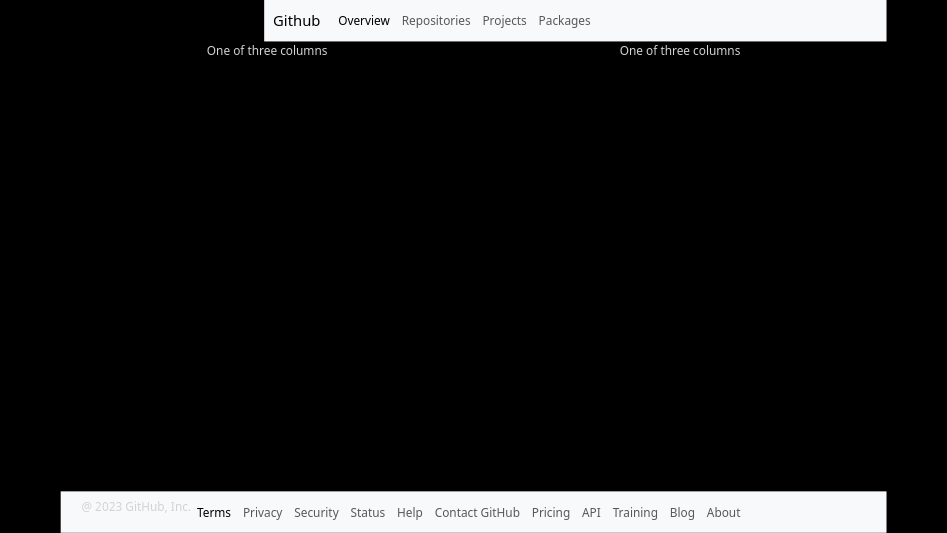
Repository: nss-evening-cohort-E23/gitsub-pull-request-posse
Page: packages.html
The author's editor kept a copy of each file at every save. The page is drawn from the files as they stood at one save, then again after the next save.
The browser window is 1280 px wide. The pictures show the whole page, at 74% of full size.

Above is the page before, as saved 2023-05-09 17:24:09.

After the next save:
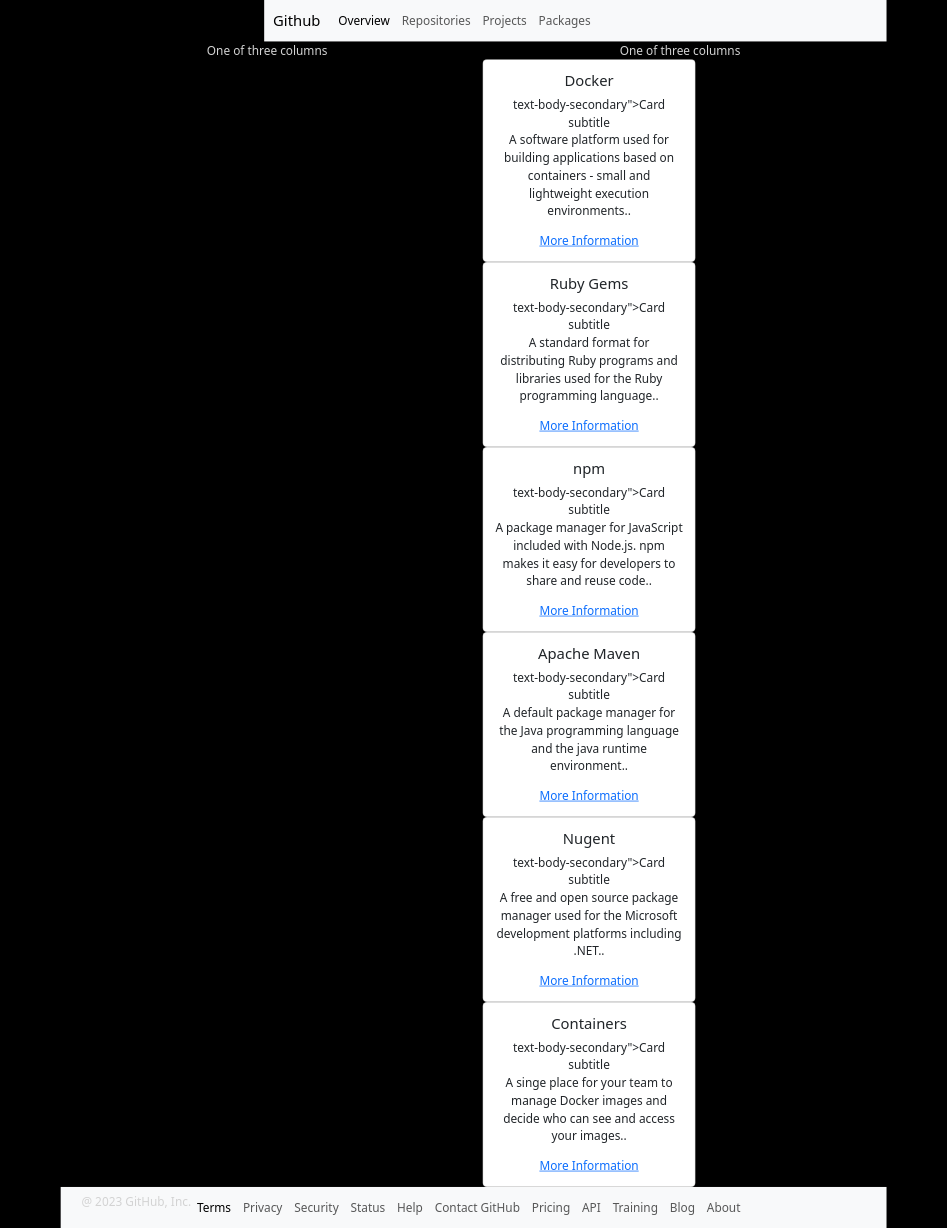
Saved 4 s later.
--- a/main.js
+++ b/main.js
@@ -70,7 +70,7 @@
   </div>
 </div>`
 }
-
+renderToDom("packages", domString);
 
 
 }
